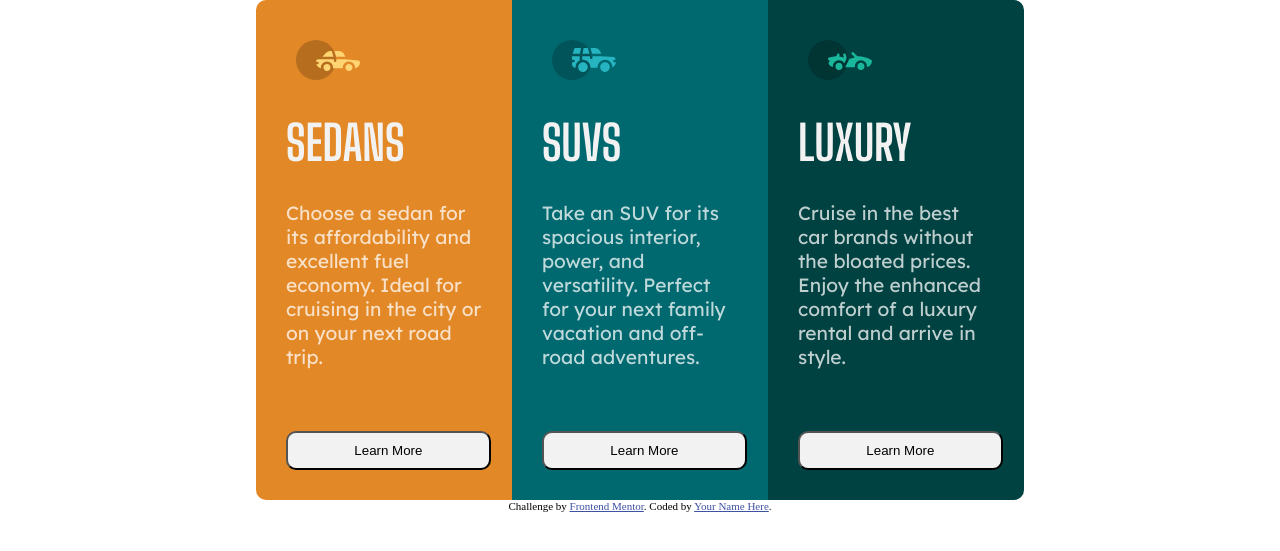
Repository: viniciussnt/3-column-preview-card
Page: index.html
The author's editor kept a copy of each file at every save. The page is drawn from the files as they stood at one save, then again after the next save.
The browser window is 1280 px wide. The pictures show the whole page.

Above is the page before, as saved 2023-09-15 11:41:35.

After the next save:
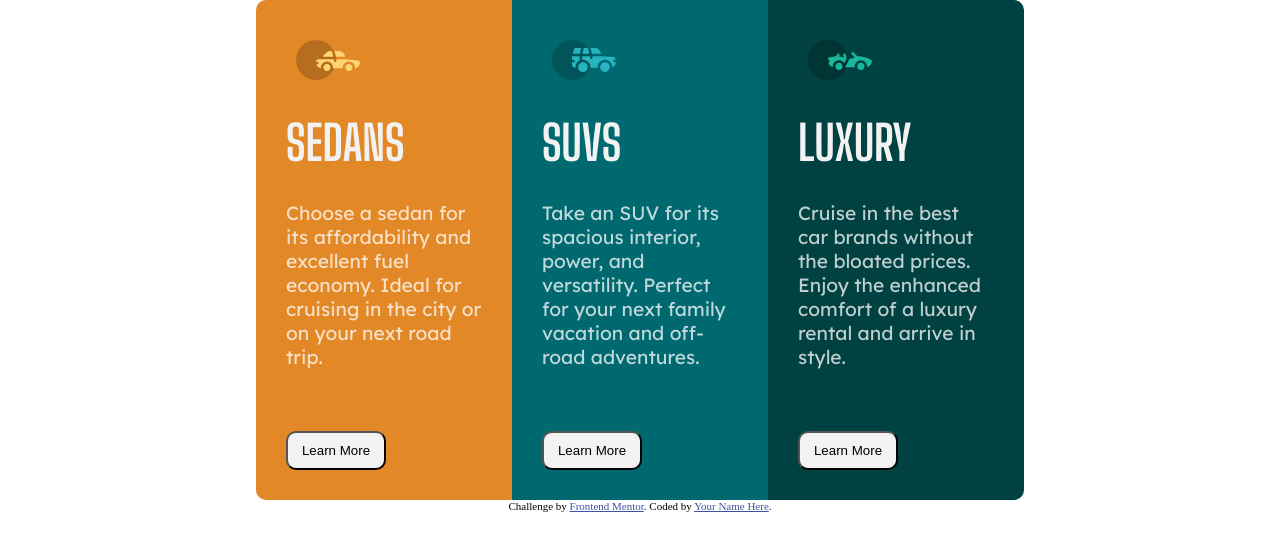
Saved 6 s later.
--- a/styles/style.css
+++ b/styles/style.css
@@ -75,7 +75,7 @@
     margin: 30px 30px 0px 30px;
     padding: 10px;
 
-    width: 80%;
+    width: 100px;
 
 
 }
